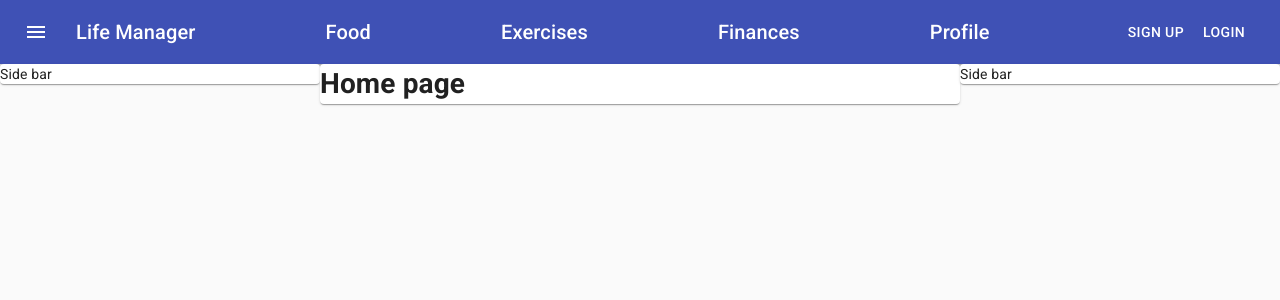
Repository: DaNiels89/lifemanagerreact
Page: /
These files come from the project's save history. The page is drawn as it stood at one moment and after the next save; the edit follows.
The browser window is 1280 px wide. The pictures show the whole page.
The project was rebuilt for these pictures with package versions that can differ from the ones it lists, and the page was loaded fresh each time. Also part of the build but not shown: src/assets/css/UserDetails.css, src/assets/components/CountrySelect.js, src/assets/components/5_profile/ErrorMessage.js, src/assets/components/UserDetails.js.

Above is the page before, as saved 2020-03-17 15:54:51.

### public/index.html
<!DOCTYPE html>
<html lang="en">
  <head>
    <meta charset="utf-8" />
    <link rel="icon" href="%PUBLIC_URL%/favicon.ico" />
    <meta name="viewport" content="width=device-width, initial-scale=1" />
    <meta name="theme-color" content="#000000" />
    <meta
      name="description"
      content="Web site created using create-react-app"
    />
    <link rel="apple-touch-icon" href="%PUBLIC_URL%/logo192.png" />
    <link rel="manifest" href="%PUBLIC_URL%/manifest.json" />
    <title>Life Manager</title>
  </head>
  <body>
    <noscript>You need to enable JavaScript to run this app.</noscript>
    <div id="root"></div>
  </body>
</html>

### src/App.js
import React from 'react';
import Header from './assets/components/layout/Header';
import UserDetails from './assets/components/UserDetails';

import CssBaseline from '@material-ui/core/CssBaseline';
import 'typeface-roboto';
import Grid from '@material-ui/core/Grid';
import Paper from '@material-ui/core/Paper';
import { makeStyles } from '@material-ui/core/styles';
import './assets/css/App.css';

const useStyles = makeStyles({
  main: {
    width: '100%'
  }
});

export default function App() {
  const classes = useStyles();

  return (
    <React.Fragment>
      <CssBaseline />
      <div className={classes.main}>
        <Header />
        <Grid container>
          <Grid item xs={3}>
            <Paper className={classes.paper}>Side bar</Paper>
          </Grid>
          <Grid item xs={6}>
            <Paper className={classes.paper}>
              <h1>Home page</h1>
            </Paper>
          </Grid>
          <Grid item xs={3}>
            <Paper className={classes.paper}>Side bar</Paper>
          </Grid>
        </Grid>
      </div>
    </React.Fragment>
  );
}

### src/assets/components/layout/Header.js
import React from 'react';
import {
  BrowserRouter as Router,
  Switch,
  Route,
  Link as RouterLink
} from 'react-router-dom';

import UserDetails from '../UserDetails';

import { makeStyles } from '@material-ui/core/styles';
import AppBar from '@material-ui/core/AppBar';
import Toolbar from '@material-ui/core/Toolbar';
import Link from '@material-ui/core/Link';
import Typography from '@material-ui/core/Typography';
import Button from '@material-ui/core/Button';
import IconButton from '@material-ui/core/IconButton';
import MenuIcon from '@material-ui/icons/Menu';

const useStyles = makeStyles(theme => ({
  header: {
    flexGrow: 1
  },
  menuButton: {
    marginRight: theme.spacing(2)
  },
  title: {
    flexGrow: 1
  }
}));

export default function Header() {
  const classes = useStyles();
  const preventDefault = event => event.preventDefault();

  return (
    <Router>
      <div className={classes.header}>
        <AppBar position="static">
          <Toolbar>
            <IconButton
              edge="start"
              className={classes.menuButton}
              color="inherit"
              aria-label="menu"
            >
              <MenuIcon />
            </IconButton>
            <Typography variant="h6" className={classes.title}>
              <Link href="/" onClick={preventDefault} color="inherit">
                Life Manager
              </Link>
            </Typography>
            <Typography variant="h6" className={classes.title}>
              <Link href="/" onClick={preventDefault} color="inherit">
                Food
              </Link>
            </Typography>
            <Typography variant="h6" className={classes.title}>
              <Link href="/" onClick={preventDefault} color="inherit">
                Exercises
              </Link>
            </Typography>
            <Typography variant="h6" className={classes.title}>
              <Link href="/" onClick={preventDefault} color="inherit">
                Finances
              </Link>
            </Typography>
            <Typography variant="h6" className={classes.title}>
              <Link href="/profile" onClick={preventDefault} color="inherit">
                Profile
              </Link>
            </Typography>
            <Button color="inherit">Sign up</Button>
            <Button color="inherit">Login</Button>
          </Toolbar>
        </AppBar>

        <Switch>
          <Route path="/about">{/* <About /> */}</Route>
          <Route path="/users">{/* <Users /> */}</Route>
          <Route path="/about">{/* <About /> */}</Route>
          <Route path="/profile">
            <UserDetails />
          </Route>
          <Route path="/">{/* <Home /> */}</Route>
        </Switch>
      </div>
    </Router>
  );
}

Loaded but not shown: src/index.js (common file); src/assets/css/App.css (common file)

After the next save:
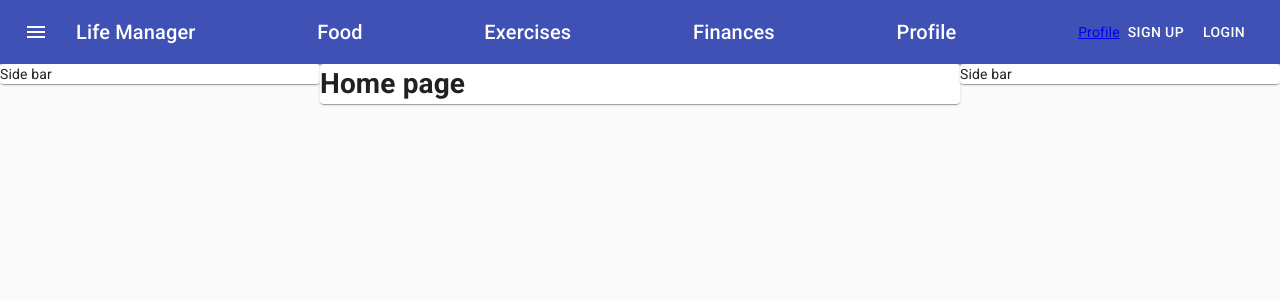
Saved 69 s later.
--- a/src/assets/components/layout/Header.js
+++ b/src/assets/components/layout/Header.js
@@ -71,6 +71,9 @@
                 Profile
               </Link>
             </Typography>
+            <RouterLink to="/profile" onClick={preventDefault} color="inherit">
+              Profile
+            </RouterLink>
             <Button color="inherit">Sign up</Button>
             <Button color="inherit">Login</Button>
           </Toolbar>

After the 2 saves that followed:
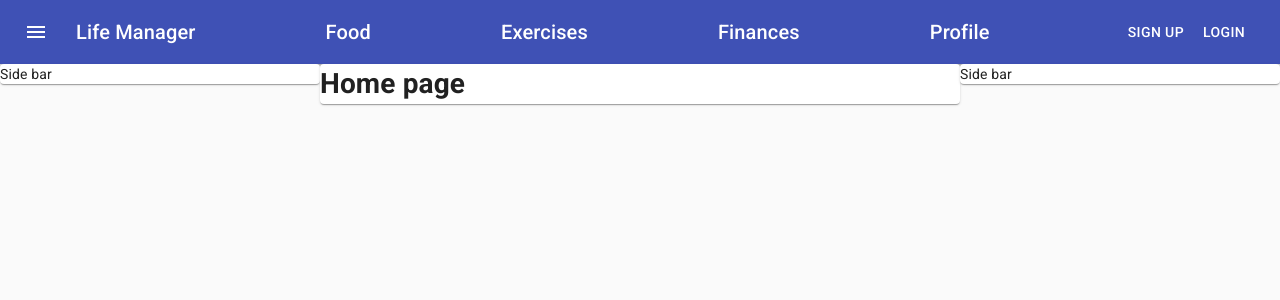
The 2 saves are shown as one change because 1 left the picture as it was.
The last was saved 103 s later.
--- a/src/assets/components/layout/Header.js
+++ b/src/assets/components/layout/Header.js
@@ -47,33 +47,30 @@
               <MenuIcon />
             </IconButton>
             <Typography variant="h6" className={classes.title}>
-              <Link href="/" onClick={preventDefault} color="inherit">
+              <Link href="/" color="inherit">
                 Life Manager
               </Link>
             </Typography>
             <Typography variant="h6" className={classes.title}>
-              <Link href="/" onClick={preventDefault} color="inherit">
+              <Link href="/" color="inherit">
                 Food
               </Link>
             </Typography>
             <Typography variant="h6" className={classes.title}>
-              <Link href="/" onClick={preventDefault} color="inherit">
+              <Link href="/" color="inherit">
                 Exercises
               </Link>
             </Typography>
             <Typography variant="h6" className={classes.title}>
-              <Link href="/" onClick={preventDefault} color="inherit">
+              <Link href="/" color="inherit">
                 Finances
               </Link>
             </Typography>
             <Typography variant="h6" className={classes.title}>
-              <Link href="/profile" onClick={preventDefault} color="inherit">
+              <Link href="/profile" color="inherit">
                 Profile
               </Link>
             </Typography>
-            <RouterLink to="/profile" onClick={preventDefault} color="inherit">
-              Profile
-            </RouterLink>
             <Button color="inherit">Sign up</Button>
             <Button color="inherit">Login</Button>
           </Toolbar>
